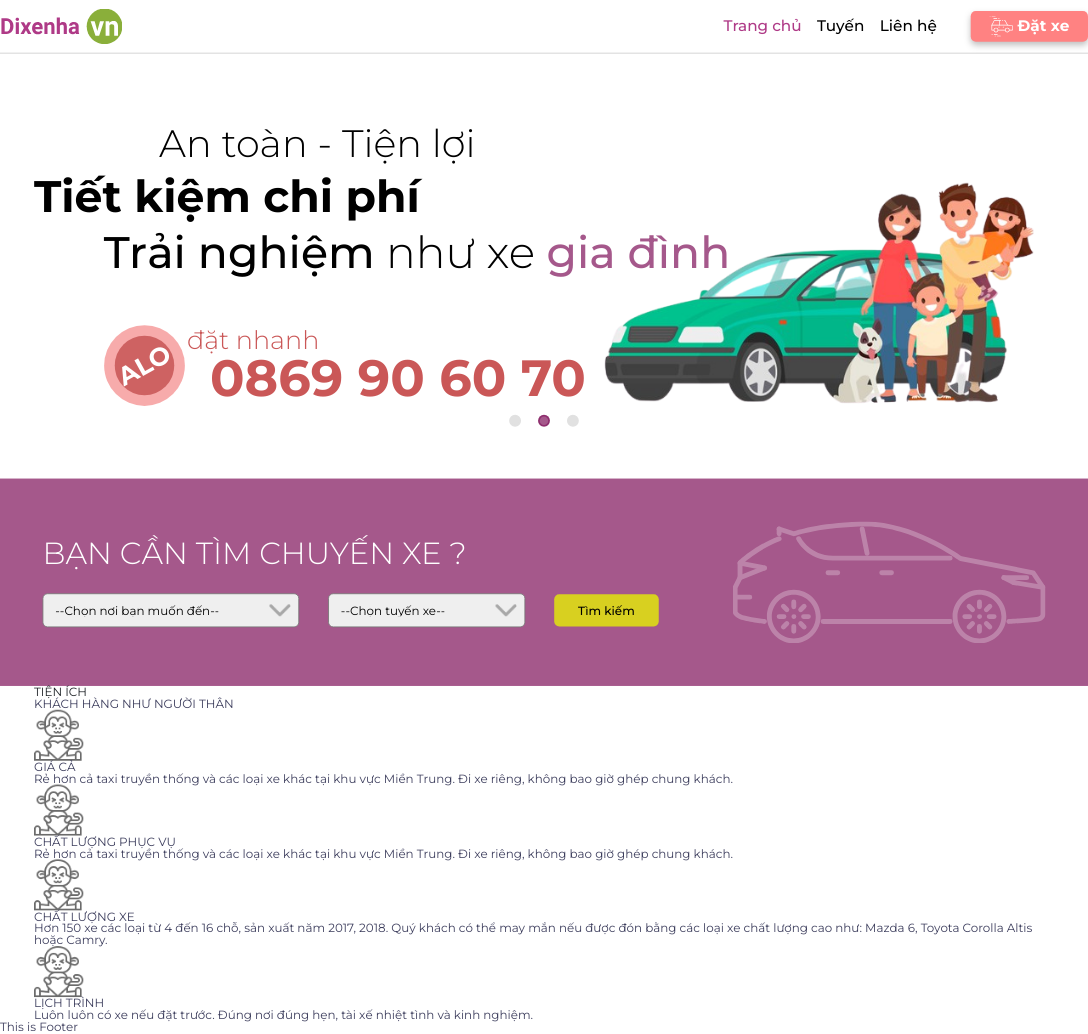
Repository: thanhthien0706/last_project--fe004
Page: lastProductF004/dist/index.html
An editor plug-in stored every save of this project. The page is shown before and after the next save, followed by the edit.
The browser window is 1280 px wide. The pictures show the whole page, at 85% of full size.
Some web libraries are served in a nearby version. The style sheet was rebuilt from its Sass, Less or Tailwind sources for each picture, by a compiler version that may differ from the author's.

Above is the page before, as saved 2021-09-16 21:37:31.

After the next save:
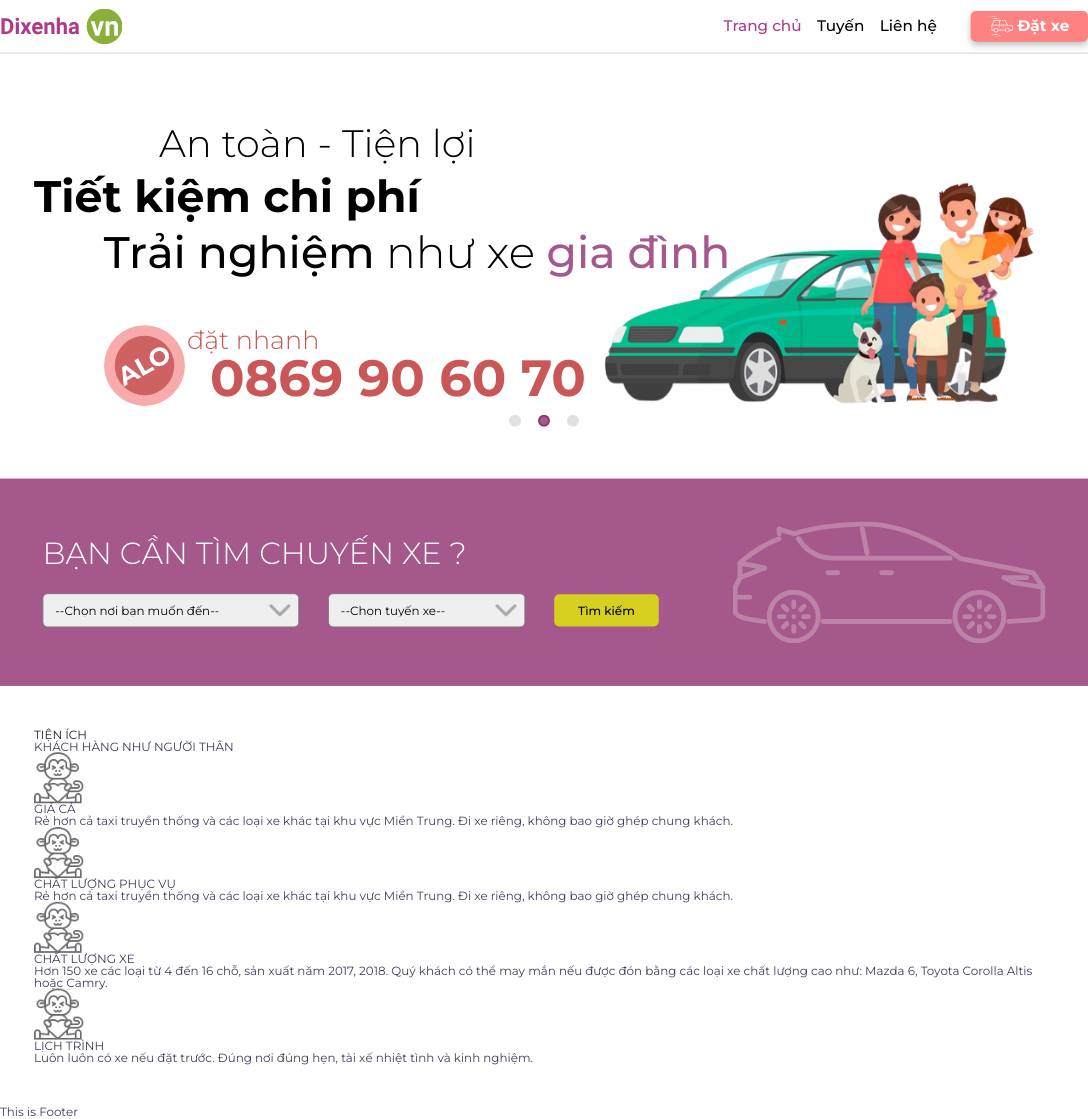
Saved 21 s later.
--- a/lastProductF004/src/styles/pages/_homepage.scss
+++ b/lastProductF004/src/styles/pages/_homepage.scss
@@ -223,3 +223,7 @@ html {
         }
     }
 }
+
+.section_03{
+    padding: 50px 0;
+}
